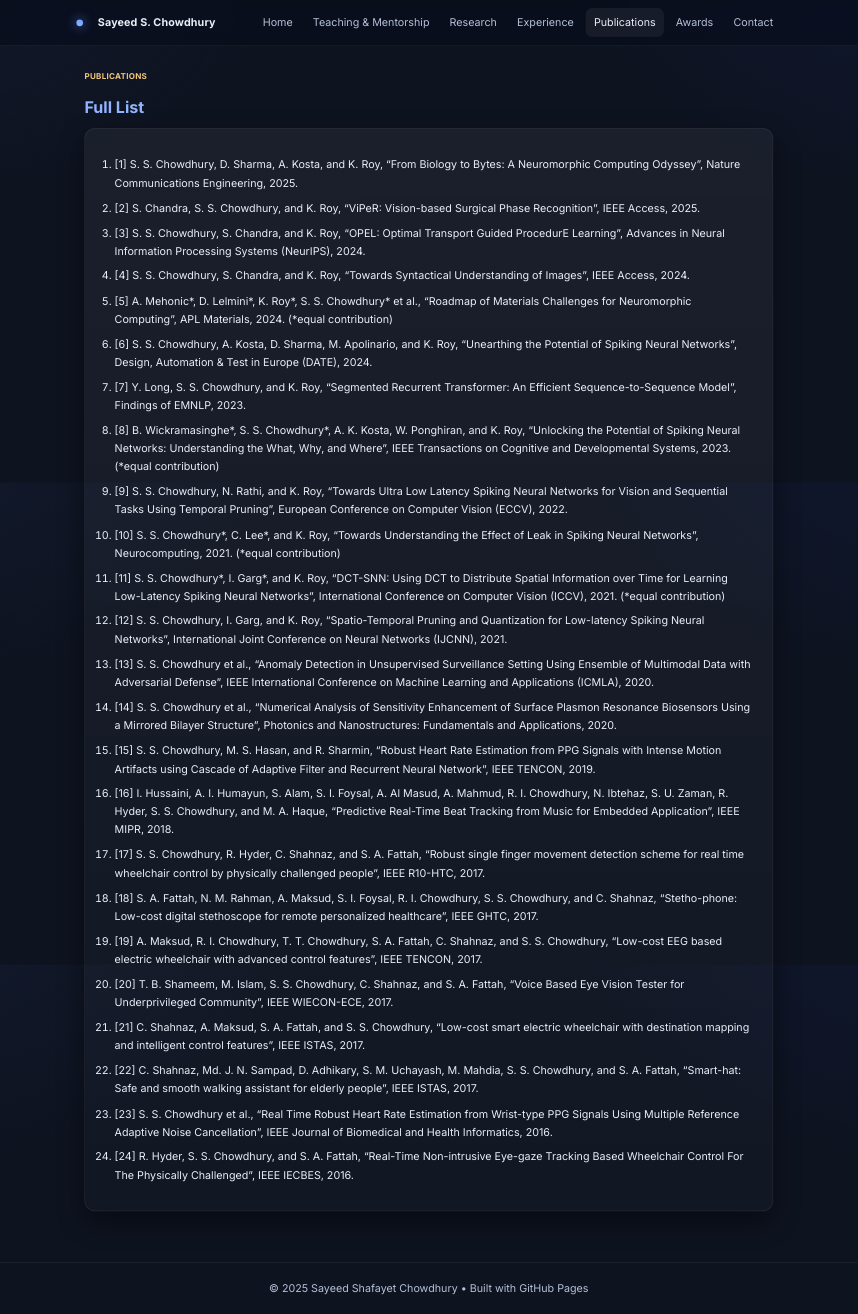
Repository: SayeedChowdhury/SayeedChowdhury.github.io
Page: publications.html
An editor plug-in stored every save of this project. The page is shown before and after the next save, followed by the edit.
The browser window is 1280 px wide. The pictures show the whole page, at 67% of full size.

Above is the page before, as saved 2025-08-10 19:13:06.

### publications.html
<!doctype html>
<html lang="en">
<head>
  <meta charset="utf-8">
  <meta name="viewport" content="width=device-width, initial-scale=1">
  <title>Publications • Sayeed S. Chowdhury</title>
  <link rel="preconnect" href="https://fonts.googleapis.com">
  <link rel="preconnect" href="https://fonts.gstatic.com" crossorigin>
  <link href="https://fonts.googleapis.com/css2?family=Inter:wght@400;600;700&display=swap" rel="stylesheet">
  <link rel="stylesheet" href="assets/style.css">
</head>
<body>
<div class="nav">
  <div class="inner container">
    <div class="brand"><span class="dot"></span> <a href="index.html" style="text-decoration:none;color:inherit;">Sayeed S. Chowdhury</a></div>
    <div style="margin-left:auto; display:flex; gap:6px; flex-wrap:wrap">
      <a href="index.html" class="">Home</a>
      <a href="teaching.html" class="">Teaching & Mentorship</a>
      <a href="research.html" class="">Research</a>
      <a href="experience.html" class="">Experience</a>
      <a href="publications.html" class="active">Publications</a>
      <a href="awards.html" class="">Awards</a>
      <a href="contact.html" class="">Contact</a>
    </div>
  </div>
</div>
<div class="container">

<section class="section">
  <div class="title"><div><div class="kicker">Publications</div><h2>Full List</h2></div></div>
  <div class="card">
    <ol class="list">
      <li>[1] S. S. Chowdhury, D. Sharma, A. Kosta, and K. Roy, “From Biology to Bytes: A Neuromorphic Computing Odyssey”, Nature Communications Engineering, 2025.</li>
<li>[2] S. Chandra, S. S. Chowdhury, and K. Roy, “ViPeR: Vision-based Surgical Phase Recognition”, IEEE Access, 2025.</li>
<li>[3] S. S. Chowdhury, S. Chandra, and K. Roy, “OPEL: Optimal Transport Guided ProcedurE Learning”, Advances in Neural Information Processing Systems (NeurIPS), 2024.</li>
<li>[4] S. S. Chowdhury, S. Chandra, and K. Roy, “Towards Syntactical Understanding of Images”, IEEE Access, 2024.</li>
<li>[5] A. Mehonic*, D. Lelmini*, K. Roy*, S. S. Chowdhury* et al., “Roadmap of Materials Challenges for Neuromorphic Computing”, APL Materials, 2024. (*equal contribution)</li>
<li>[6] S. S. Chowdhury, A. Kosta, D. Sharma, M. Apolinario, and K. Roy, “Unearthing the Potential of Spiking Neural Networks”, Design, Automation & Test in Europe (DATE), 2024.</li>
<li>[7] Y. Long, S. S. Chowdhury, and K. Roy, “Segmented Recurrent Transformer: An Efficient Sequence-to-Sequence Model”, Findings of EMNLP, 2023.</li>
<li>[8] B. Wickramasinghe*, S. S. Chowdhury*, A. K. Kosta, W. Ponghiran, and K. Roy, “Unlocking the Potential of Spiking Neural Networks: Understanding the What, Why, and Where”, IEEE Transactions on Cognitive and Developmental Systems, 2023. (*equal contribution)</li>
<li>[9] S. S. Chowdhury, N. Rathi, and K. Roy, “Towards Ultra Low Latency Spiking Neural Networks for Vision and Sequential Tasks Using Temporal Pruning”, European Conference on Computer Vision (ECCV), 2022.</li>
<li>[10] S. S. Chowdhury*, C. Lee*, and K. Roy, “Towards Understanding the Effect of Leak in Spiking Neural Networks”, Neurocomputing, 2021. (*equal contribution)</li>
<li>[11] S. S. Chowdhury*, I. Garg*, and K. Roy, “DCT-SNN: Using DCT to Distribute Spatial Information over Time for Learning Low-Latency Spiking Neural Networks”, International Conference on Computer Vision (ICCV), 2021. (*equal contribution)</li>
<li>[12] S. S. Chowdhury, I. Garg, and K. Roy, “Spatio-Temporal Pruning and Quantization for Low-latency Spiking Neural Networks”, International Joint Conference on Neural Networks (IJCNN), 2021.</li>
<li>[13] S. S. Chowdhury et al., “Anomaly Detection in Unsupervised Surveillance Setting Using Ensemble of Multimodal Data with Adversarial Defense”, IEEE International Conference on Machine Learning and Applications (ICMLA), 2020.</li>
<li>[14] S. S. Chowdhury et al., “Numerical Analysis of Sensitivity Enhancement of Surface Plasmon Resonance Biosensors Using a Mirrored Bilayer Structure”, Photonics and Nanostructures: Fundamentals and Applications, 2020.</li>
<li>[15] S. S. Chowdhury, M. S. Hasan, and R. Sharmin, “Robust Heart Rate Estimation from PPG Signals with Intense Motion Artifacts using Cascade of Adaptive Filter and Recurrent Neural Network”, IEEE TENCON, 2019.</li>
<li>[16] I. Hussaini, A. I. Humayun, S. Alam, S. I. Foysal, A. Al Masud, A. Mahmud, R. I. Chowdhury, N. Ibtehaz, S. U. Zaman, R. Hyder, S. S. Chowdhury, and M. A. Haque, “Predictive Real-Time Beat Tracking from Music for Embedded Application”, IEEE MIPR, 2018.</li>
<li>[17] S. S. Chowdhury, R. Hyder, C. Shahnaz, and S. A. Fattah, “Robust single finger movement detection scheme for real time wheelchair control by physically challenged people”, IEEE R10-HTC, 2017.</li>
<li>[18] S. A. Fattah, N. M. Rahman, A. Maksud, S. I. Foysal, R. I. Chowdhury, S. S. Chowdhury, and C. Shahnaz, “Stetho-phone: Low-cost digital stethoscope for remote personalized healthcare”, IEEE GHTC, 2017.</li>
<li>[19] A. Maksud, R. I. Chowdhury, T. T. Chowdhury, S. A. Fattah, C. Shahnaz, and S. S. Chowdhury, “Low-cost EEG based electric wheelchair with advanced control features”, IEEE TENCON, 2017.</li>
<li>[20] T. B. Shameem, M. Islam, S. S. Chowdhury, C. Shahnaz, and S. A. Fattah, “Voice Based Eye Vision Tester for Underprivileged Community”, IEEE WIECON-ECE, 2017.</li>
<li>[21] C. Shahnaz, A. Maksud, S. A. Fattah, and S. S. Chowdhury, “Low-cost smart electric wheelchair with destination mapping and intelligent control features”, IEEE ISTAS, 2017.</li>
<li>[22] C. Shahnaz, Md. J. N. Sampad, D. Adhikary, S. M. Uchayash, M. Mahdia, S. S. Chowdhury, and S. A. Fattah, “Smart-hat: Safe and smooth walking assistant for elderly people”, IEEE ISTAS, 2017.</li>
<li>[23] S. S. Chowdhury et al., “Real Time Robust Heart Rate Estimation from Wrist-type PPG Signals Using Multiple Reference Adaptive Noise Cancellation”, IEEE Journal of Biomedical and Health Informatics, 2016.</li>
<li>[24] R. Hyder, S. S. Chowdhury, and S. A. Fattah, “Real-Time Non-intrusive Eye-gaze Tracking Based Wheelchair Control For The Physically Challenged”, IEEE IECBES, 2016.</li>
    </ol>
  </div>
</section>

</div>
<div class="footer">© 2025 Sayeed Shafayet Chowdhury • Built with GitHub Pages</div>
</body>
</html>

### assets/style.css

:root{
  --bg:#0e1320;
  --bg-grad1:#121a2d;
  --panel:#151b2e;
  --panel-2:#101626;
  --ink:#e9eef7;
  --muted:#b4c0d6;
  --navy:#92b4ff;
  --gold:#f3c77a;
  --border:rgba(255,255,255,.08);
  --shadow:0 16px 40px rgba(0,0,0,.45);
  --radius:16px;
}

*{box-sizing:border-box}
html,body{height:100%}
body{
  margin:0;
  color:var(--ink);
  background:
    radial-gradient(900px 600px at -10% -10%, var(--bg-grad1) 0%, transparent 60%),
    radial-gradient(900px 600px at 110% -10%, #0f1830 0%, transparent 60%),
    var(--bg);
  font:16px/1.7 "Inter", system-ui, -apple-system, Segoe UI, Roboto, Helvetica, Arial;
  -webkit-font-smoothing:antialiased;
}

.container{max-width:1100px;margin:0 auto;padding:24px}

.nav{
  position:sticky; top:0; z-index:10;
  background:rgba(9,13,24,.7);
  backdrop-filter:saturate(170%) blur(10px);
  border-bottom:1px solid var(--border);
}
.nav .inner{display:flex; align-items:center; gap:16px; padding:12px 24px;}
.nav .brand{display:flex; align-items:center; gap:10px; font-weight:700; letter-spacing:.2px; color:var(--ink)}
.nav .brand .dot{width:10px;height:10px;border-radius:50%;background:linear-gradient(45deg,var(--navy),#6aa0ff); box-shadow:0 0 16px #4e79ff}
.nav a{color:var(--muted); text-decoration:none; padding:8px 12px; border-radius:10px}
.nav a.active, .nav a:hover{color:var(--ink); background:rgba(255,255,255,.06)}

.hero{
  display:grid; grid-template-columns:1.1fr .9fr; gap:28px; align-items:stretch;
  padding:48px 24px 12px;
}
.card{
  background:linear-gradient(180deg, rgba(255,255,255,.05), rgba(255,255,255,.02));
  border:1px solid var(--border);
  border-radius:var(--radius);
  box-shadow:var(--shadow);
  padding:24px;
}
h1{font-size:32px; margin:0 0 4px}
h2{font-size:24px;margin:16px 0 10px;color:var(--navy)}
h3{font-size:18px;margin:0 0 6px}
.lead{color:var(--muted); font-size:16px}
.badges{display:flex; flex-wrap:wrap; gap:10px; margin-top:14px}
.badge{background:rgba(146,180,255,.14); border:1px solid rgba(146,180,255,.4); color:#d9e4ff; padding:6px 10px; border-radius:999px; font-size:13px}

.row{display:flex; gap:18px; flex-wrap:wrap; align-items:center}
.cta{display:flex; gap:12px; flex-wrap:wrap; margin-top:12px}
.button{display:inline-flex;align-items:center;gap:10px;padding:12px 16px;border-radius:12px;border:1px solid var(--border);background:rgba(146,180,255,.16);color:var(--ink);text-decoration:none;font-weight:600}
.button.secondary{background:rgba(255,255,255,.04)}

.headshot{width:160px;height:160px;border-radius:50%;object-fit:cover;border:3px solid rgba(255,255,255,.08);box-shadow:var(--shadow)}

.section{padding:12px}
.kicker{color:var(--gold);font-weight:700;letter-spacing:.4px;text-transform:uppercase;font-size:12px}

.list{padding-left:20px}
.list li{margin:10px 0}

.footer{border-top:1px solid var(--border); color:var(--muted); padding:24px; text-align:center; margin-top:40px}

@media (max-width: 900px){
  .hero{grid-template-columns:1fr}
}

@media print{
  .nav,.footer,.cta{display:none}
  body{background:white;color:#111}
  .card{box-shadow:none}
}

After the next save:
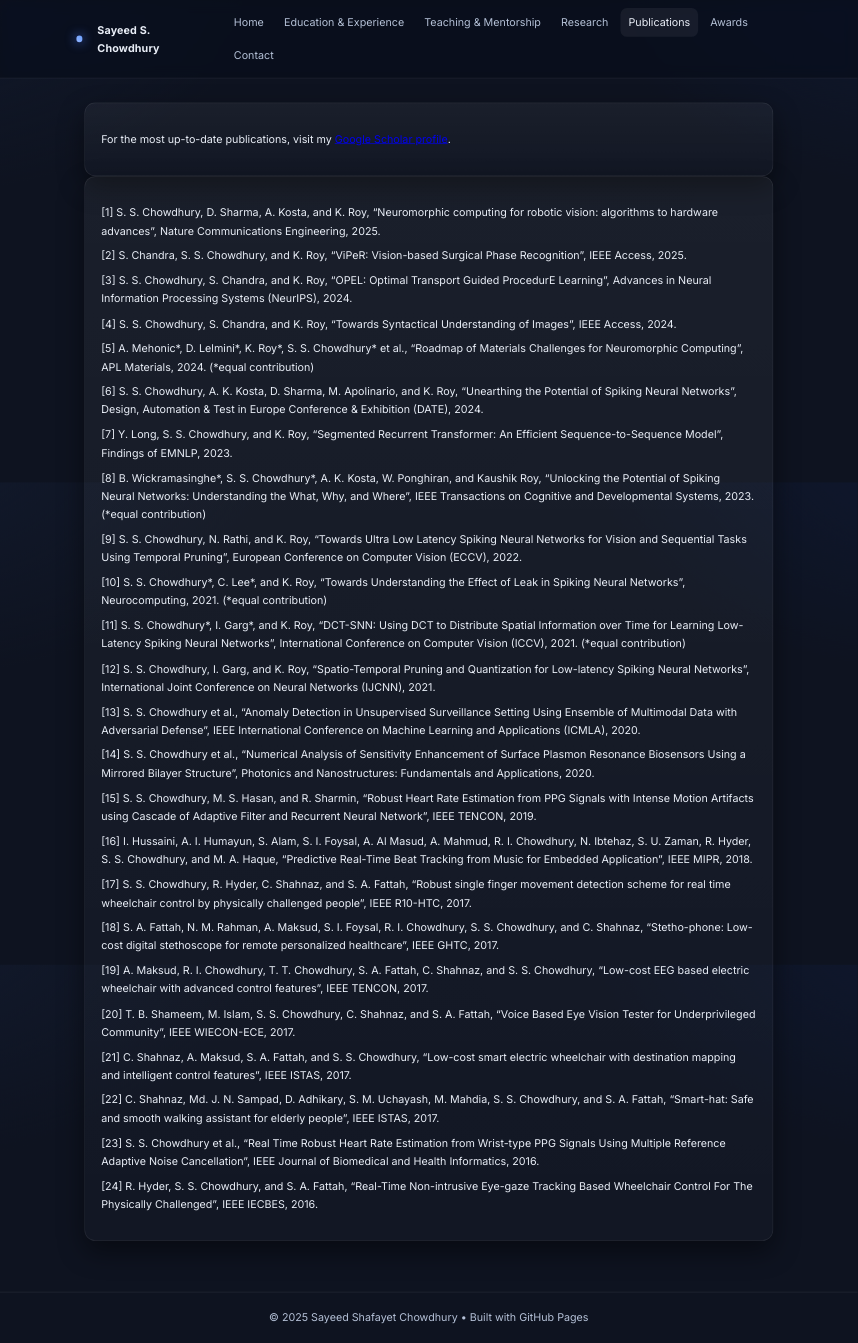
Saved 36 s later.
--- a/publications.html
+++ b/publications.html
@@ -15,9 +15,9 @@
     <div class="brand"><span class="dot"></span> <a href="index.html" style="text-decoration:none;color:inherit;">Sayeed S. Chowdhury</a></div>
     <div style="margin-left:auto; display:flex; gap:6px; flex-wrap:wrap">
       <a href="index.html" class="">Home</a>
+      <a href="edu-exp.html" class="">Education & Experience</a>
       <a href="teaching.html" class="">Teaching & Mentorship</a>
       <a href="research.html" class="">Research</a>
-      <a href="experience.html" class="">Experience</a>
       <a href="publications.html" class="active">Publications</a>
       <a href="awards.html" class="">Awards</a>
       <a href="contact.html" class="">Contact</a>
@@ -27,17 +27,21 @@
 <div class="container">
 
 <section class="section">
-  <div class="title"><div><div class="kicker">Publications</div><h2>Full List</h2></div></div>
   <div class="card">
-    <ol class="list">
-      <li>[1] S. S. Chowdhury, D. Sharma, A. Kosta, and K. Roy, “From Biology to Bytes: A Neuromorphic Computing Odyssey”, Nature Communications Engineering, 2025.</li>
+    <p>For the most up-to-date publications, visit my
+      <a href="https://scholar.google.com/citations?hl=en&user=646ndV4AAAAJ&view_op=list_works&sortby=pubdate" target="_blank" rel="noopener">Google Scholar profile</a>.
+    </p>
+  </div>
+  <div class="card">
+    <ol class="list" style="list-style:none; padding-left:0">
+      <li>[1] S. S. Chowdhury, D. Sharma, A. Kosta, and K. Roy, “Neuromorphic computing for robotic vision: algorithms to hardware advances”, Nature Communications Engineering, 2025.</li>
 <li>[2] S. Chandra, S. S. Chowdhury, and K. Roy, “ViPeR: Vision-based Surgical Phase Recognition”, IEEE Access, 2025.</li>
 <li>[3] S. S. Chowdhury, S. Chandra, and K. Roy, “OPEL: Optimal Transport Guided ProcedurE Learning”, Advances in Neural Information Processing Systems (NeurIPS), 2024.</li>
 <li>[4] S. S. Chowdhury, S. Chandra, and K. Roy, “Towards Syntactical Understanding of Images”, IEEE Access, 2024.</li>
 <li>[5] A. Mehonic*, D. Lelmini*, K. Roy*, S. S. Chowdhury* et al., “Roadmap of Materials Challenges for Neuromorphic Computing”, APL Materials, 2024. (*equal contribution)</li>
-<li>[6] S. S. Chowdhury, A. Kosta, D. Sharma, M. Apolinario, and K. Roy, “Unearthing the Potential of Spiking Neural Networks”, Design, Automation & Test in Europe (DATE), 2024.</li>
+<li>[6] S. S. Chowdhury, A. K. Kosta, D. Sharma, M. Apolinario, and K. Roy, “Unearthing the Potential of Spiking Neural Networks”, Design, Automation & Test in Europe Conference & Exhibition (DATE), 2024.</li>
 <li>[7] Y. Long, S. S. Chowdhury, and K. Roy, “Segmented Recurrent Transformer: An Efficient Sequence-to-Sequence Model”, Findings of EMNLP, 2023.</li>
-<li>[8] B. Wickramasinghe*, S. S. Chowdhury*, A. K. Kosta, W. Ponghiran, and K. Roy, “Unlocking the Potential of Spiking Neural Networks: Understanding the What, Why, and Where”, IEEE Transactions on Cognitive and Developmental Systems, 2023. (*equal contribution)</li>
+<li>[8] B. Wickramasinghe*, S. S. Chowdhury*, A. K. Kosta, W. Ponghiran, and Kaushik Roy, “Unlocking the Potential of Spiking Neural Networks: Understanding the What, Why, and Where”, IEEE Transactions on Cognitive and Developmental Systems, 2023. (*equal contribution)</li>
 <li>[9] S. S. Chowdhury, N. Rathi, and K. Roy, “Towards Ultra Low Latency Spiking Neural Networks for Vision and Sequential Tasks Using Temporal Pruning”, European Conference on Computer Vision (ECCV), 2022.</li>
 <li>[10] S. S. Chowdhury*, C. Lee*, and K. Roy, “Towards Understanding the Effect of Leak in Spiking Neural Networks”, Neurocomputing, 2021. (*equal contribution)</li>
 <li>[11] S. S. Chowdhury*, I. Garg*, and K. Roy, “DCT-SNN: Using DCT to Distribute Spatial Information over Time for Learning Low-Latency Spiking Neural Networks”, International Conference on Computer Vision (ICCV), 2021. (*equal contribution)</li>
@@ -54,6 +58,7 @@
 <li>[22] C. Shahnaz, Md. J. N. Sampad, D. Adhikary, S. M. Uchayash, M. Mahdia, S. S. Chowdhury, and S. A. Fattah, “Smart-hat: Safe and smooth walking assistant for elderly people”, IEEE ISTAS, 2017.</li>
 <li>[23] S. S. Chowdhury et al., “Real Time Robust Heart Rate Estimation from Wrist-type PPG Signals Using Multiple Reference Adaptive Noise Cancellation”, IEEE Journal of Biomedical and Health Informatics, 2016.</li>
 <li>[24] R. Hyder, S. S. Chowdhury, and S. A. Fattah, “Real-Time Non-intrusive Eye-gaze Tracking Based Wheelchair Control For The Physically Challenged”, IEEE IECBES, 2016.</li>
+
     </ol>
   </div>
 </section>
